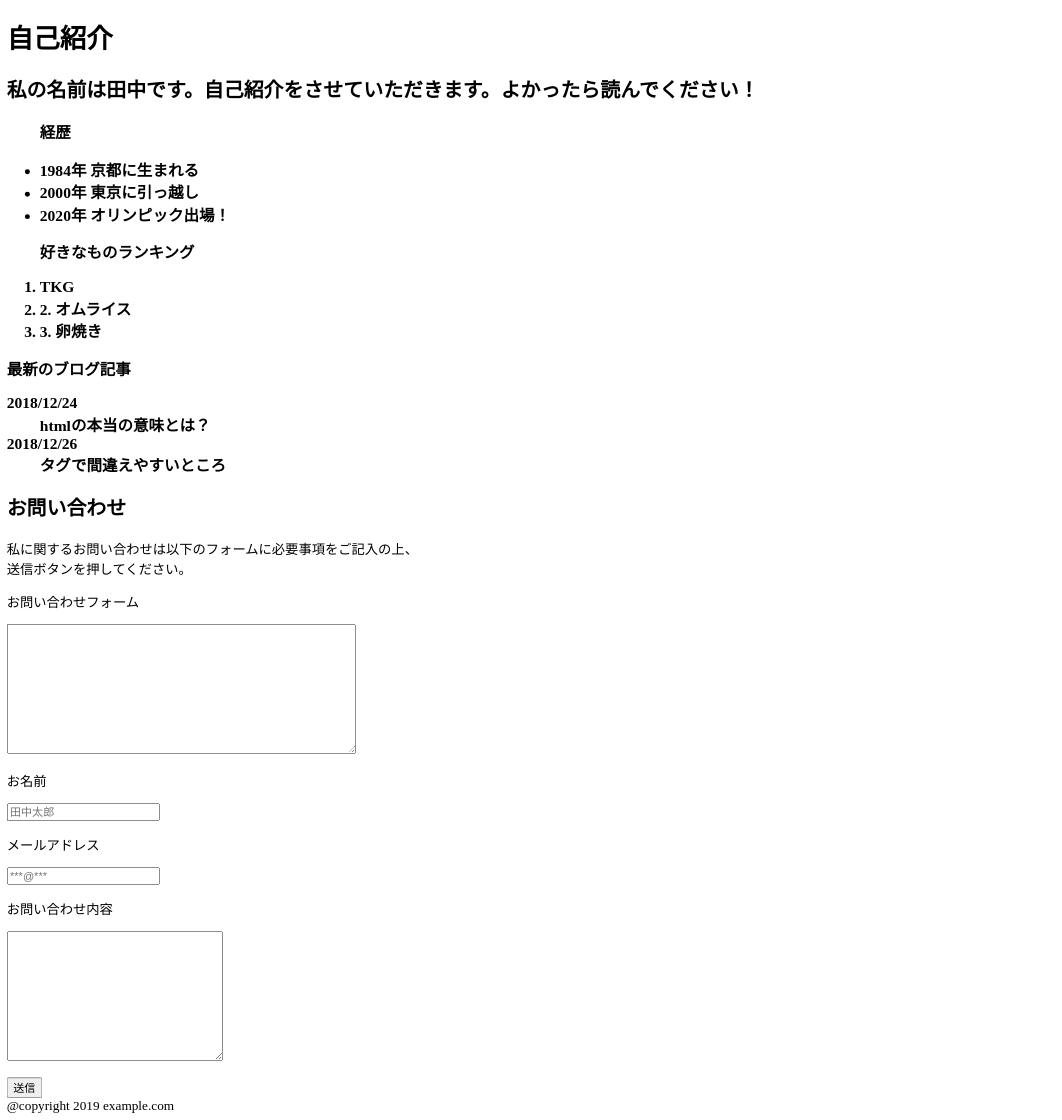
Repository: wairoku/suretigai1
Page: jack.html
An editor plug-in stored every save of this project. The page is shown before and after the next save, followed by the edit.
The browser window is 1280 px wide. The pictures show the whole page, at 83% of full size.

Above is the page before, as saved 2019-01-02 20:21:49.

After the next save:
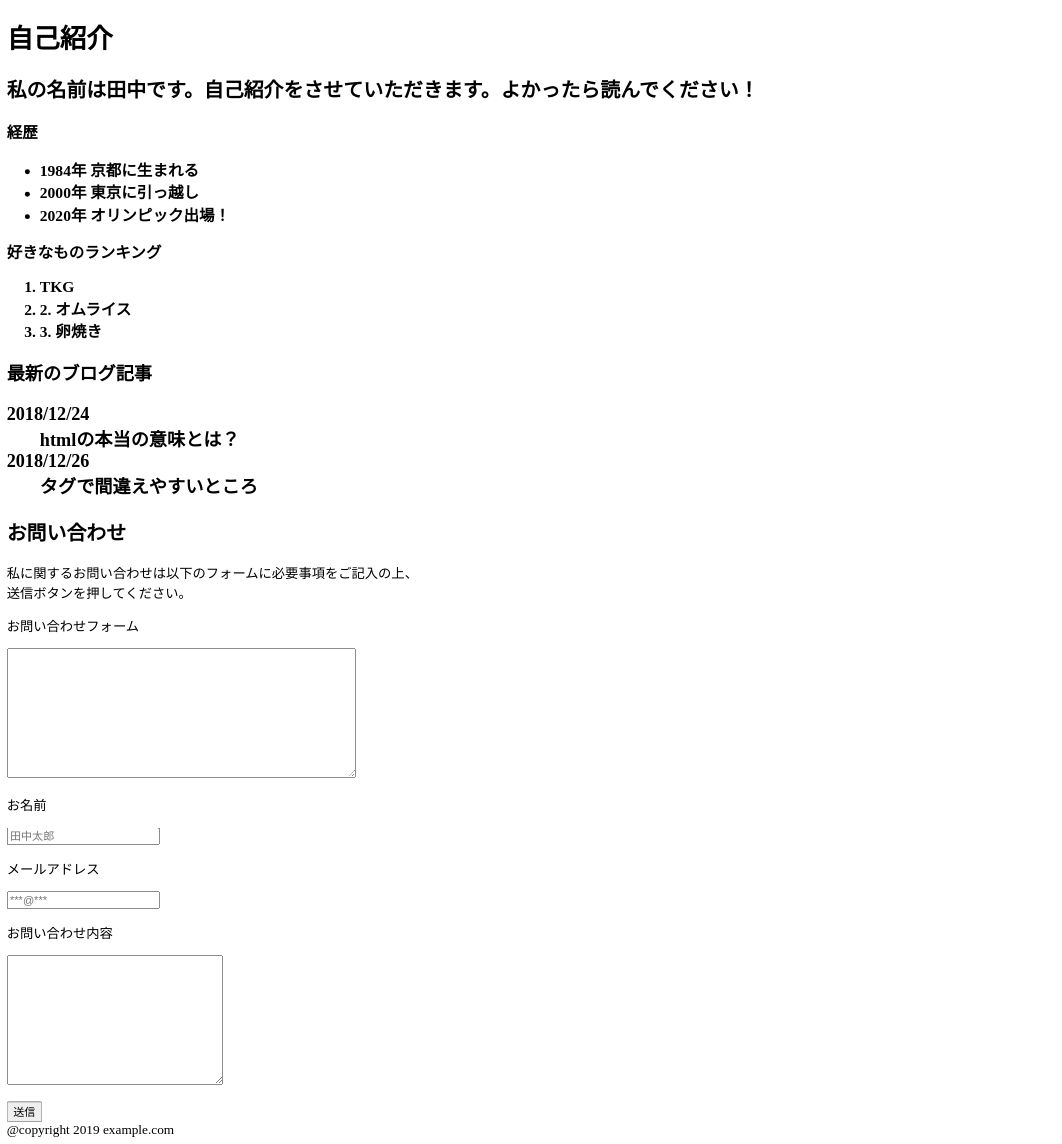
Saved 31 s later.
--- a/jack.html
+++ b/jack.html
@@ -8,14 +8,16 @@
 <h1>自己紹介</h1>
 <h2>私の名前は田中です。自己紹介をさせていただきます。よかったら読んでください！</h2>
 
-<ul><h3>経歴<h3>
+<h3>経歴<h3>
+<ul>
     <li>1984年 京都に生まれる</li>
     <li>2000年 東京に引っ越し</li>
     <li>2020年 オリンピック出場！</li>
 </ul>
 
-<ol>
+
     <h3>好きなものランキング<h3>
+            <ol>
     <li>TKG</li>
     <li>2. オムライス</li>
     <li>3. 卵焼き</li>
